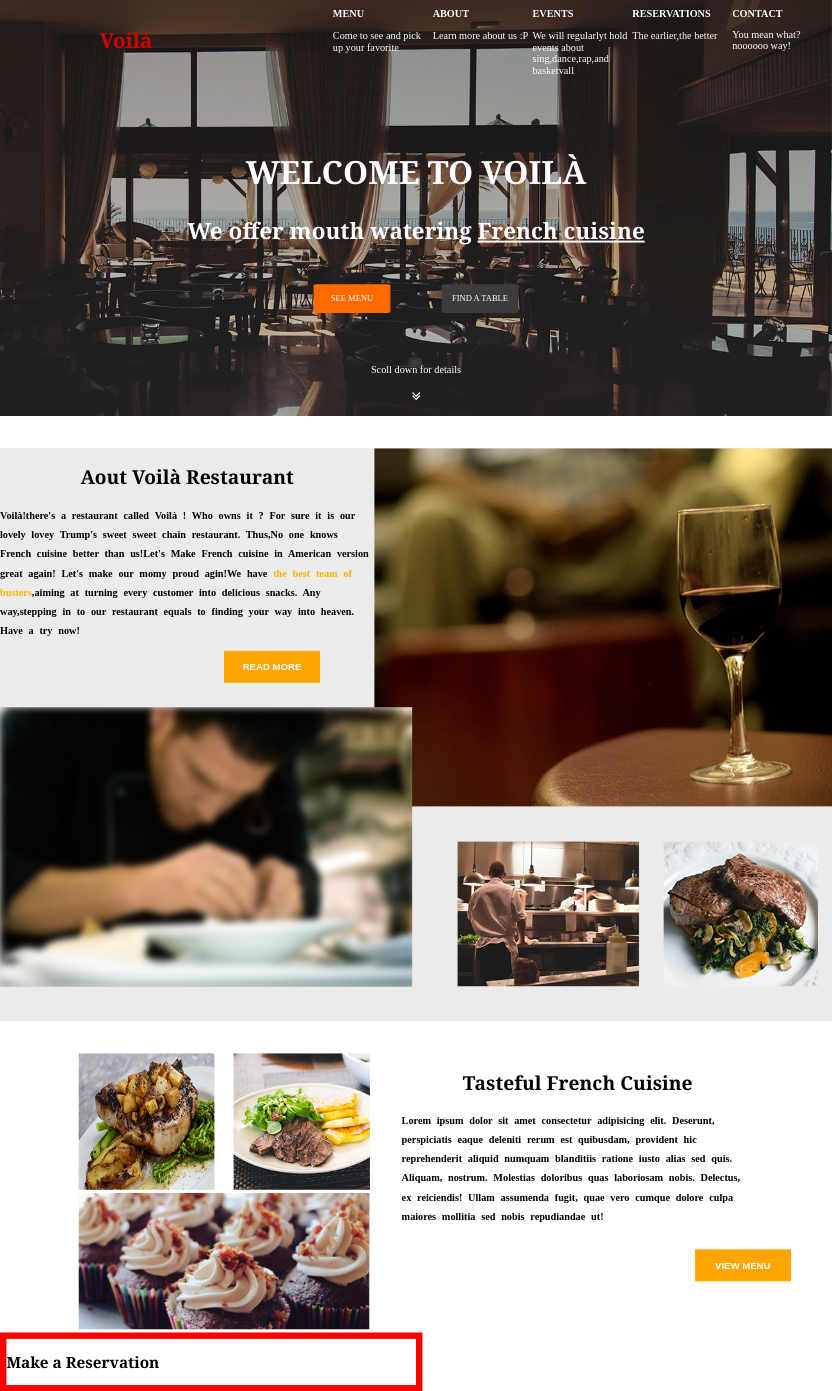
Repository: sis-shen/HTML_vsc
Page: adc_v2/index.html
These files come from the project's save history. The page is drawn as it stood at one moment and after the next save; the edit follows.
The browser window is 1280 px wide. The page is 1300 px wide, so the pictures cover 1300 px, including what lies to the right of the window. The pictures show the whole page, at 64% of full size.

Above is the page before, as saved 2023-08-17 10:25:01.

### adc_v2/index.html
<!DOCTYPE html>
<html lang="zh-CN">
<head>
    <meta charset="UTF-8">
    <meta name="viewport" content="width=device-width, initial-scale=1.0">
    <title>王八餐厅</title>
    <link rel="stylesheet" href="style.css">
    <link rel="shotcut icon" href="img/王者.png">
</head>
<body>
    <div class="top-box">
        <div class="nav">
            <div class="t-left"><h1>Voilà </h1></div>

            <div class="t-right">
                <div class="nav-box"><a href="menu.html" target="_blank"><h2>MENU</h2></a>
                    <p>Come to see and pick up your favorite</p></div>
                <div class="nav-box"> <a href="about.html" target="_blank"><h2>ABOUT</h2></a>
                    <p>Learn more about us :P</p></div>
                <div class="nav-box"><a href="events.html" target="_blank"><h2>EVENTS</h2></a>
                    <p>We will regularlyt hold events about sing,dance,rap,and basketvall</p></div>
                <div class="nav-box"> <a href="restaurants.html" target="_blank"><h2>RESERVATIONS</h2></a>
                    <p>The earlier,the better</p></div>
                <div class="nav-box"><a href="contact.html" target="_blank"><h2>CONTACT</h2></a>
                    You mean what?noooooo way!</div>
            </div>
        </div>

        <h1 id="wel">WELCOME TO VOILÀ</h1>
        <h3>We offer mouth watering <u>French cuisine</u></h3>

        <div class="button-box">
            <div class="b-left">
                <a href="menu.html" target="_blank"><button>SEE MENU</button></a>
            </div>
            <div class="b-right">
                <a href="table.index" target="_blank"><button>FIND A TABLE</button></a>
            </div>
        </div>

        <h4>Scoll down for details</h4>

        <div class="down-arrow">
            <img src="img/down-arrow-icon.png" alt="">

        </div>
    </div>

    <!-- =============================================== -->

    <div class="top2-box">
        <div class="up-box">
            <div class="up-left">
                <h2 class="h2-title">Aout Voilà Restaurant</h2>
                <p class="main-p">Voilà!there's a restaurant called Voilà ! Who owns it ? For sure it is our lovely lovey Trump's sweet sweet chain restaurant. Thus,No one knows French cuisine better than us!Let's Make French cuisine in American version great again! Let's make our momy proud agin!We have <a href="https://g.nga.cn/read.php?tid=22017775&rand=757" target="_blank"> the best team of busters</a>,aiming at turning every customer into delicious snacks. Any way,stepping in to our restaurant equals to finding your way into heaven. Have a try now!</p>

                <a href="about.index" target="_blank"><button class="main-button">READ MORE</button></a>

            </div>

            <div class="up-right">
                <img src="img/glass of wine.png" alt="">
            </div>
        </div>
        <div class="down-box">
            <div class="down-left"><img src="img/Eric-McGregor-flickr.png" alt="eric"></div>
            <div class="down-right">
                <div class="left"><img src="img/Restaurant kitchen.png" alt=""></div>
                <div class="right"><img src="img/foodiesfeed.com_excelent-beef-steak-vegetables.png" alt=""> </div>
            </div>

        </div>
    </div>

    <!-- =========================================== -->

    <div class="cuisine-box">
        <div class="left-dish-box">
            <div class="uper">
                <div class="left"><img src="img/Steak and vegetables - Foodies Feed.png" alt="" ></div>
                <div class="right"> <img src="img/Beef-steak-pineapple-salad Foodies Feed.png" alt="" id="cup-cake" ></div>
            <div class="clear-fix"></div>


            </div>


            <div class="downer">
                <img src="img/Cup cakes.png" alt="">
            </div>
        </div>

        <div class="right-p">
            <h2 class="h2-title">Tasteful French Cuisine</h2>

            <p class="main-p">Lorem ipsum dolor sit amet consectetur adipisicing elit. Deserunt, perspiciatis eaque deleniti rerum est quibusdam, provident hic reprehenderit aliquid numquam blanditiis ratione iusto alias sed quis. Aliquam, nostrum. Molestias doloribus quas laboriosam nobis. Delectus, ex reiciendis! Ullam assumenda fugit, quae vero cumque dolore culpa maiores mollitia sed nobis repudiandae ut!</p>

            <a href="menu.html" target="_blank"><button class="main-button" id="b2">VIEW MENU</button></a>


        </div>


    </div>

    <div class="res-events">
        <div class="res">
            <h2 class="main-title">Make a Reservation</h2>
        </div>
        <div class="events">

        </div>
    </div>



</body>
</html>

### adc_v2/style.css

body {
    box-sizing: border-box;
    font-family:Georgia, 'Times New Roman', Times, serif;

    width: 1300px;

    margin: 0 auto;

}

.clear-fix{
    clear: both;
}

/* .up-left h2 */
.h2-title{

    text-align: center;
    font-size: 30px;
}
.main-p{
    line-height: 30px;
    word-spacing: 5px;
    font-family: 微软雅黑;
    font-weight: bold;
}

.main-button{
    background-color:orange;
    height: 50px;
    width:150px;
    color: #fff;
    font-size: 15px;
    font-weight: bold;
    border: 0;
    margin-left: 350px;
}

.main-button:hover{
    background-color:rgb(213, 139, 0);

}

/* =======top-box===== */

.top-box{
    margin:auto;

    width: 1300px;
    height: 650px;
    background-image: url("img/top.png");
    background-repeat: no-repeat;

    /* border: red solid 10px; */

}

.nav {
    width: 100%;
    height: 200px;
    /* background-color: rgba(0, 255, 255, 0.207); */
    display: flex;
}

.t-left{
    height:100%;
    width: 40%;
    /* background-color: rgba(255, 0, 0, 0.236); */
}

.t-right{
    display: flex;
    height: 100%;
    width:60%;
    font-family: 微软雅黑;
}

.nav-box{
    width: 20%;
    height: 100%;
    /* background-color: rgba(255, 255, 0, 0.149); */
    color: #fff;
}

.nav-box a{
    text-decoration: none;
    color: #fff;
}

.top-box h2{
    font-size:medium
}

.t-left h1{
    color:rgb(212, 0, 0);
    position: relative;
    left:30%;
    top:20px;
}

#wel{
    text-align: center;
    color: #fff;

    font-size: 50px;
}

.top-box h3{
    text-align: center;
    color: #fff;
    font-size: 35px;
}

.button-box{
    display: flex;
    align-items: center;
    justify-content: center;
    margin-top: 60px;
}

.button-box button{
    width: 120px;
    height: 45px;
    margin-inline: 40px;
    font-family: 微软雅黑;
    color: #fff;
}

.b-left button{
    background-color: rgb(255, 106, 0);
    border: 0;
    border-radius: 5%;
}

.b-left button:hover{
    background-color: rgb(205, 85, 0);

}

.b-right button{
    background-color: rgb(60, 60, 60);
    border: 0;
    border-radius: 5%;

}

.b-right button:hover{
    background-color: rgb(35, 35, 35);

}

.top-box h4{
    text-align: center;
    color: #fff;
    font-family: 微软雅黑;
    font-weight:normal;
    margin-top: 80px;
}


.down-arrow {
    text-align: center;
}



/* ===========top2-box============== */

.top2-box{
    background-color: #ebebeb;
    padding-bottom: 50px;
}

.top2-box .up-box
{

    margin-top: 50px;
    display: flex;

    /* border: red solid 10px; */
}

.top2-box .up-left{
    width: 45%;
    min-height: 200px;

    /* border: red solid 10px; */

}

.top2-box .up-right{
    width: 55%;
    min-height: 200px;
}

.up-right img{
    width: 100%;
}





.up-left p a {
    text-decoration: none;
    color: rgb(255, 179, 0);
}

.up-left p a:hover{
    color: rgb(193, 135, 0);

}





.down-box{
    display: flex;
}



.down-right{
    margin-top: 50px;
    width: 45%;
    /* border: red solid 10px; */
    display: flex;

}

.down-right .left{
    width: 45%;
    /* margin-left:5%; */
    margin-right: 10%;
    /* border: red solid 10px; */

}

.down-right .right{
    width: 45%;
    /* border: red solid 10px; */

}

.down-left{
    width: 55%;
    max-height: 250px;
}

.down-left img{
    width: 90%;
    position: relative;
    top:-10em
}

.cuisine-box {
    width: 100%;
    margin-top: 50px;
    display: flex;
    justify-content: center;

    .left-dish-box{
        width: 455px;

        /* border: red solid 10px; */


        .uper{
            margin: 0;
            display: flex;


            .left{
                width: 50%;
            }

            .right{
                width: 50%;
            }
        }

        .downer{

        }

    }


    #cup-cake{
        float: right;
    }

    .right-p{
        width: 550px;
        margin-left: 50px;
        /* border: red solid 10px; */

    }
}

#b2{
    margin-top: 20px;
    margin-left: 458px;
}
/* ==============reservation & events============= */

.res-events{
    width: 100%;
    display: flex;

    .res{
        width: 50%;
    border: red solid 10px;

    }
    .events{
        width: 50%;
    }
}

After the next save:
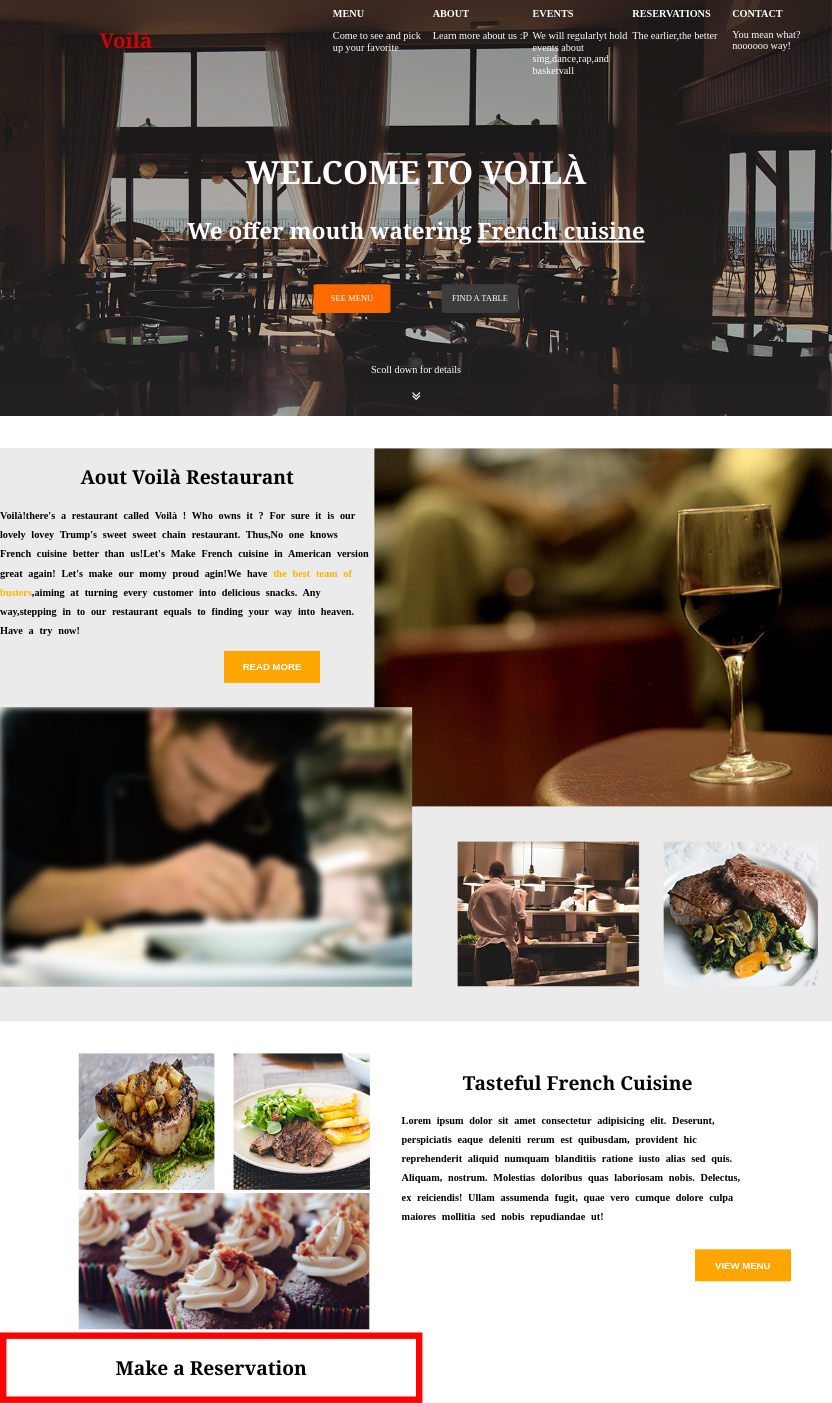
Saved 22 s later.
--- a/adc_v2/index.html
+++ b/adc_v2/index.html
@@ -105,7 +105,7 @@
 
     <div class="res-events">
         <div class="res">
-            <h2 class="main-title">Make a Reservation</h2>
+            <h2 class="h2-title">Make a Reservation</h2>
         </div>
         <div class="events">
 
